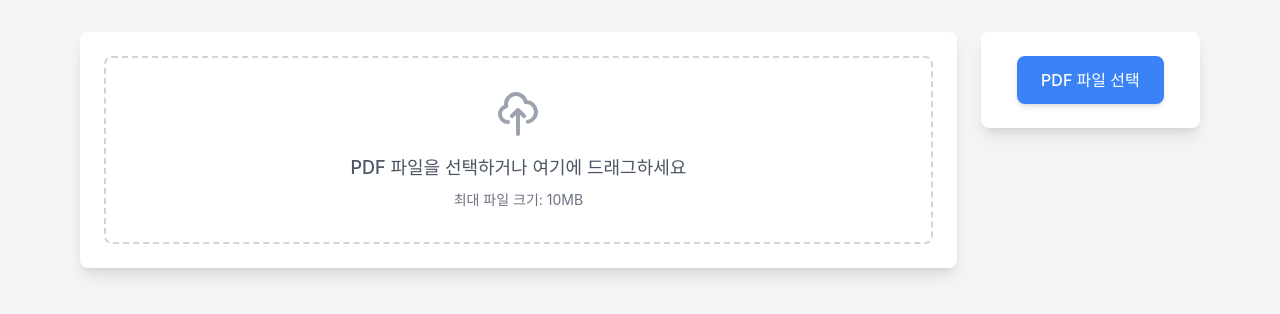
Repository: orcaCrew/PDF-Handler
Page: /
An editor plug-in stored every save of this project. The page is shown before and after the next save, followed by the edit.
The browser window is 1280 px wide. The pictures show the whole page.
The project was rebuilt for these pictures with package versions that can differ from the ones it lists, and the page was loaded fresh each time.

Above is the page before, as saved 2025-07-18 16:18:40.

After the next save:
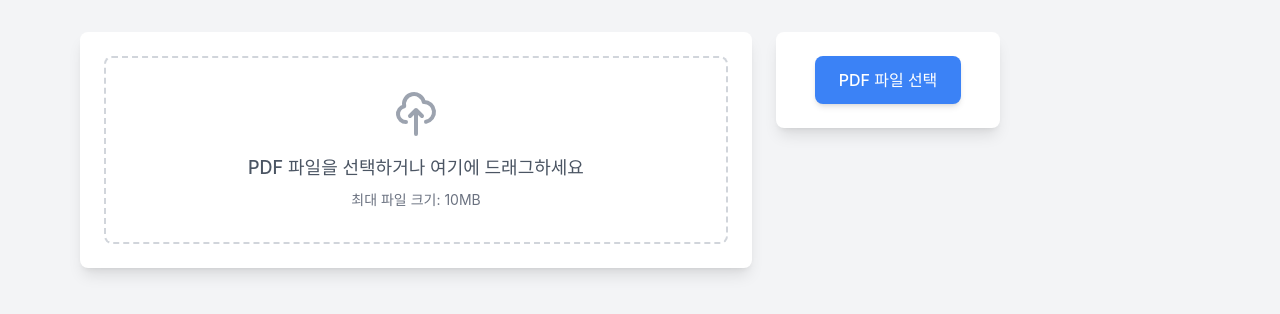
Saved 2 min 43 s later.
--- a/src/App.js
+++ b/src/App.js
@@ -91,7 +91,7 @@ function App() {
       <div className="max-w-6xl mx-auto px-4 space-y-6">
         <div className="flex flex-col lg:flex-row gap-6">
           {/* 미리보기 영역 */}
-          <div className="lg:w-4/5">
+          <div className="lg:w-3/5">
             <div className="bg-white rounded-lg shadow-lg p-6">
               {file ? (
                 <div className="space-y-6">
